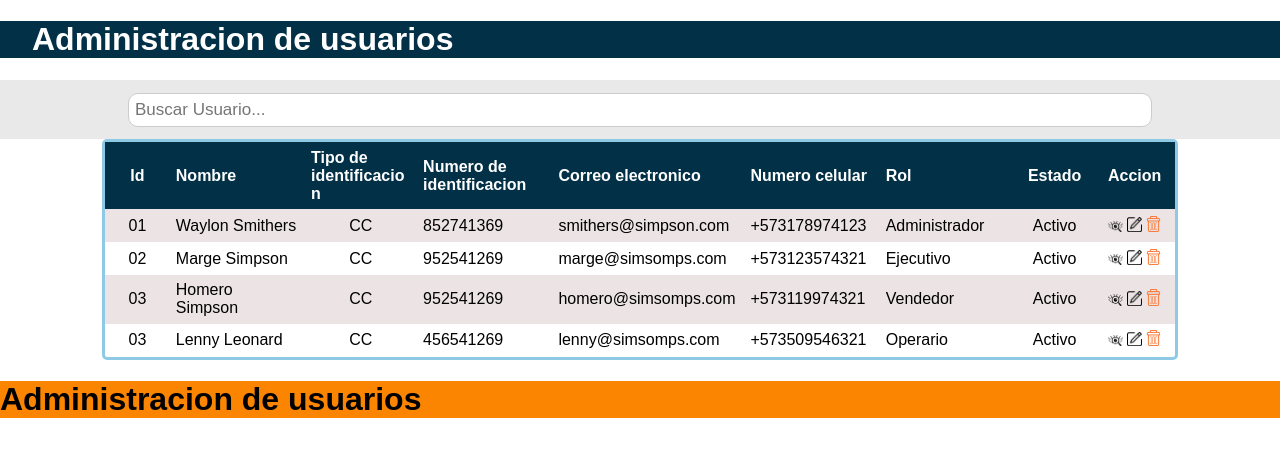
Repository: AlexanderBarona/Proyecto_Ciclo3_Mintic
Page: PaginaWeb/pages/admin_user.html
These files come from the project's save history. The page is drawn as it stood at one moment and after the next save; the edit follows.
The browser window is 1280 px wide. The pictures show the whole page.

Above is the page before, as saved 2021-09-30 14:48:48.

### PaginaWeb/pages/admin_user.html
<!DOCTYPE html>
<html>

   <head>
      <title>Administracion de Usuarios</title>
      <link href="../css/style.css" rel="stylesheet" type="text/css">
      <link href="../css/admin_user.css" rel="stylesheet" type="text/css">
   </head>
   <body class="admin_user">
      <header>
         <h1>Administracion de usuarios</h1>
      </header>
      <main>
        <div class="TopBar">
            <div class="Search ">
                <input type="text" placeholder="Buscar Usuario...">
            </div>

        </div>

        <div class="table_principal">
            <table class="table_entity">

              <tbody class="table_body" >

                  <tr class="table_header" >

                    <td class="table_cell center">Id</td>
                    <td class="table_cell">Nombre</td>
                    <td class="table_cell">Tipo de identificacion</td>
                    <td class="table_cell">Numero de identificacion</td>
                    <td class="table_cell">Correo electronico</td>
                    <td class="table_cell">Numero celular</td>
                    <td class="table_cell">Rol</td>
                    <td class="table_cell center">Estado</td>
                    <td class="table_cell center">Accion</td>

                  </tr>

                  <tr >
                    <td class="table_cell center">01</td>
                    <td class="table_cell">Waylon Smithers</td>
                    <td class="table_cell center">CC</td>
                    <td class="table_cell">852741369</td>
                    <td class="table_cell">smithers@simpson.com</td>
                    <td class="table_cell">+573178974123</td>
                    <td class="table_cell">Administrador</td>
                    <td class="table_cell center">Activo</td>
                    <td class="table_cell center">
                      <div class="icon_container">
                        <nav>
                          <a href="icon_table">
                            <img class="icon_cell" src="../images/IconRead.ico">
                          </a>
                          <a href="icon_table">
                            <img class="icon_cell" src="../images/IconUpdate.ico">
                          </a>
                          <a href="icon_table">
                            <img class="icon_cell" src="../images/IconDelete.ico">
                          </a>
                        </nav>
                    </div>

                    </td>
                  </tr>

                <tr >
                  <td class="table_cell center">02</td>
                  <td class="table_cell">Marge Simpson</td>
                  <td class="table_cell center">CC</td>
                  <td class="table_cell">952541269</td>
                  <td class="table_cell">marge@simsomps.com</td>
                  <td class="table_cell">+573123574321</td>
                  <td class="table_cell">Ejecutivo</td>
                  <td class="table_cell center">Activo</td>
                  <td class="table_cell center">
                    <div class="icon_container ">
                      <nav>
                        <a href="icon_table">
                          <img class="icon_cell" src="../images/IconRead.ico">
                        </a>
                        <a href="icon_table">
                          <img class="icon_cell" src="../images/IconUpdate.ico">
                        </a>
                        <a href="icon_table">
                          <img class="icon_cell" src="../images/IconDelete.ico">
                        </a>
                      </nav>
                  </div>
                  </td>
                </tr>

                <tr >
                    <td class="table_cell center">03</td>
                    <td class="table_cell">Homero Simpson</td>
                    <td class="table_cell center">CC</td>
                    <td class="table_cell">952541269</td>
                    <td class="table_cell">homero@simsomps.com</td>
                    <td class="table_cell">+573119974321</td>
                    <td class="table_cell">Vendedor</td>
                    <td class="table_cell center">Activo</td>
                    <td class="table_cell center">

                                    <div class="icon_container">
                                        <nav>
                                          <a href="icon_table">
                                            <img class="icon_cell" src="../images/IconRead.ico">
                                          </a>
                                          <a href="icon_table">
                                            <img class="icon_cell" src="../images/IconUpdate.ico">
                                          </a>
                                          <a href="icon_table">
                                            <img class="icon_cell" src="../images/IconDelete.ico">
                                          </a>
                                        </nav>
                                    </div>


                    </td>
                </tr>
                <tr >
                    <td class="table_cell center">03</td>
                    <td class="table_cell">Lenny Leonard</td>
                    <td class="table_cell center">CC</td>
                    <td class="table_cell">456541269</td>
                    <td class="table_cell">lenny@simsomps.com</td>
                    <td class="table_cell">+573509546321</td>
                    <td class="table_cell">Operario</td>
                    <td class="table_cell center">Activo</td>
                    <td class="table_cell center">
                      <div class="icon_container">
                        <nav>
                          <a href="icon_table">
                            <img class="icon_cell" src="../images/IconRead.ico">
                          </a>
                          <a href="icon_table">
                            <img class="icon_cell" src="../images/IconUpdate.ico">
                          </a>
                          <a href="icon_table">
                            <img class="icon_cell" src="../images/IconDelete.ico">
                          </a>
                        </nav>
                    </div>
                    </td>
                </tr>
              </tbody>
            </table>
        </div>
      </main>
      <footer>
        <div>
          <h1>Administracion de usuarios</h1>
        </div>
      </footer>
   </body>
</html>

### PaginaWeb/css/style.css
* {
  box-sizing: border-box;
}

body {
  margin: 0;
  font-family: Arial, Helvetica, sans-serif;
}
header {
  background-color: #023047;
  color:  white;
  padding-left:2em ;

}

footer{
  background-color: #FB8500;
}

### PaginaWeb/css/admin_user.css
/* css barra busqueda*/
@media screen and (max-width: 600px) {
  .Search a,
  .Search input[type="text"] {

    display: block;
    text-align: left;
    width: 100%;
    margin: 0 auto;
    padding: 14px;
    align-items: center;
  }
}

.admin_user .Search {
   overflow: hidden;
   background-color: #e9e9e9;
   display: block;
   width: 100%;
   text-align: center;
  }

.Search a {

    display: block;
    color: black;
    text-align: center;
    padding: 14px 16px;
    text-decoration: none;
    font-size: 17px;
  }

  .Search a:hover {
    background-color: #ddd;
    color: black;
  }

  .Search a.active {
    background-color: #9dcaf0;
    color: white;
  }

  .Search input[type="text"] {
    float: center;
    border-radius: 10px;
    border: 1px solid rgb(174, 204, 218);
    padding: 6px;
    margin-top: 1%;
    margin-right: 2%;
    margin-left: 2%;
    margin-bottom: 1%;
    font-size: 17px;
    width: 80%;
  }
  .Search input[type="text"] {
    border: 1px solid #ccc;
  }

 /* css tabla*/

  .table_entity {
    table-layout: fixed;
    width: 84%;
    margin: 0 auto;
    border-collapse: separate;
    border-spacing: 0px;
    border-radius: 5px;
    border: 3px solid #8ECAE6;

  }

  .table_entity td:first-child {
    width: 4em;
  }
  .table_entity td:nth-child(3) {
    width: 7em;
  }
  .table_entity td:nth-child(5) {
    width: 12em;
  }
  .table_entity td:nth-child(8) {
    width: 5em;

  }
  .table_entity td:nth-child(9) {
    width: 5em;
  }




  .table_header {
    background-color: #023047;
    color: #fff;
    font-weight:bold;
  }

  .table_entity tr:nth-child(even) {
  background-color: #ece4e4;
}

.table_entity .center {
  text-align: center;
}
/* css tabla perfiles*/
.table_entity2 {
  table-layout: fixed;
  width: 84%;
  margin: 0 auto;
  border-collapse: separate;
  border-spacing: 0px;
  border-radius: 5px;
  border: 3px solid #8ECAE6;

}

.table_entity2 td:first-child {
  width: 4em;
}

.table_entity2 td:nth-child(2) {
  width: 16em;
}


.table_entity2 td:nth-child(6) {
  width: 4.8em;

}


.table_entity2 tr:nth-child(even) {
background-color: #ece4e4;
}

.table_entity2 .center {
  text-align: center;
}

  th, td {

      word-wrap: break-word;
      padding: 0.4em;
      margin: 0em;
  }
  /* iconos */
  .icon_cell {

    height: 28%;
    width: 22%;
    margin: 0 auto 0 0;


}

.icon_container a , .icon_container a:visited {


  text-decoration: none;

}
/* css checkbox */

.checkbox_container input[type="checkbox"]  {
  content: "";
  width: 2em;
  height: 2em;
  border: 4px solid #bf810f;
  float: left;
  margin: 0 auto 0 0;
  border-right: 0;
  border-top: 0;


}
.checkbox_container input[type="checkbox"]:checked   {
  content: "";
  width: 2.2em;
  height: 2.2em;
  border: 4px solid #bf810f;
  color: #bf810f;
  background-color:#bf810f ;
  float: left;
  margin: 0 auto 0 0;
  border-right: 0;
  border-top: 0;

}

After the next save:
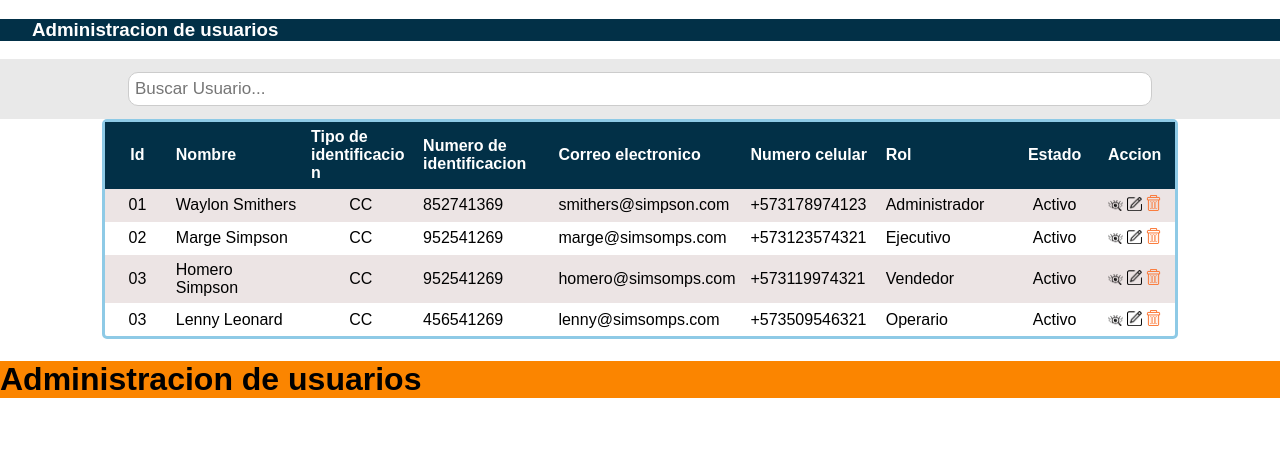
Saved 29 s later.
--- a/PaginaWeb/pages/admin_user.html
+++ b/PaginaWeb/pages/admin_user.html
@@ -8,7 +8,7 @@
    </head>
    <body class="admin_user">
       <header>
-         <h1>Administracion de usuarios</h1>
+         <h3>Administracion de usuarios</h3>
       </header>
       <main>
         <div class="TopBar">
